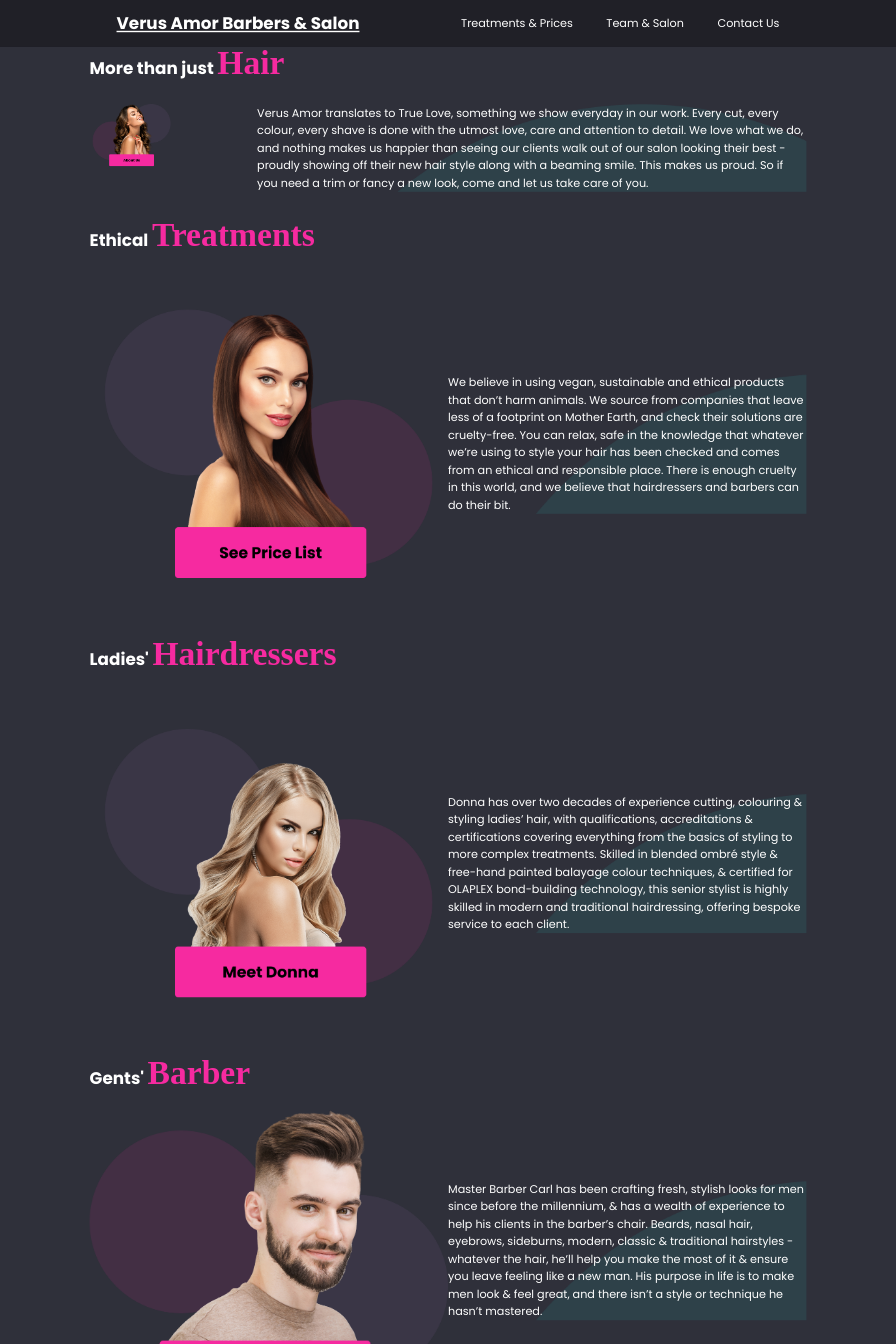
Repository: Troy-Bolt/verustroy-
Page: index.html
These files come from the project's save history. The page is drawn as it stood at one moment and after the next save; the edit follows.
The browser window is 1280 px wide. The pictures show the part of the page from y = 0 to 1920 px (the page is 6182 px tall before and 7457 px after), at 70% of full size.
Backgrounds fixed to the window are drawn as part of the page. Some web fonts or font styles are not loaded; a fallback is used.

Above is the page before, as saved 2022-04-27 08:58:56.

After the next save:
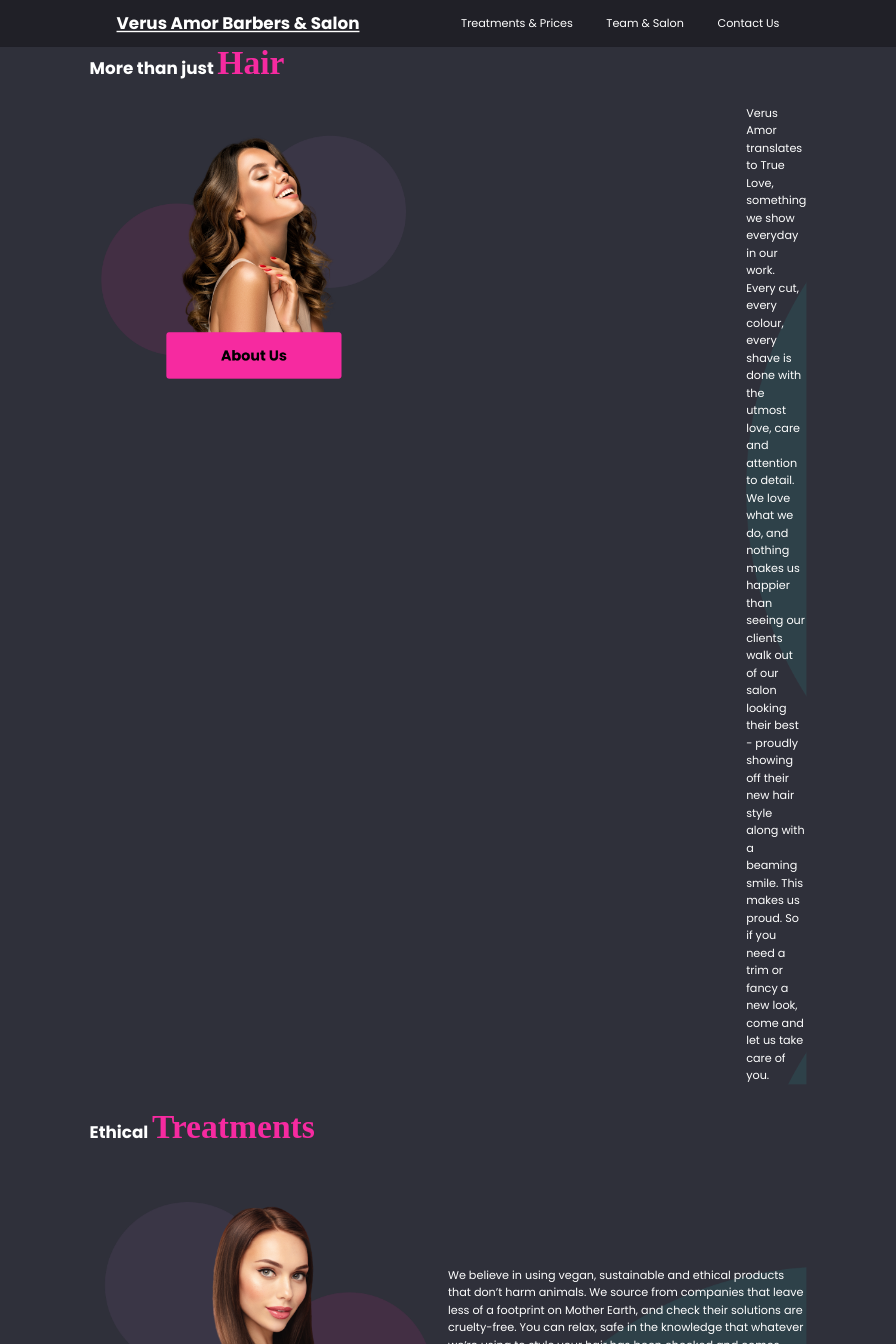
Saved 3 min 4 s later.
--- a/CSS/style.css
+++ b/CSS/style.css
@@ -69,6 +69,13 @@
     }
 }
 
+.row img{
+    flex:1;
+}
+
+.row p {
+    flex: 2;
+}
 span {
     font-family: 'WindSong', cursive;
 }
